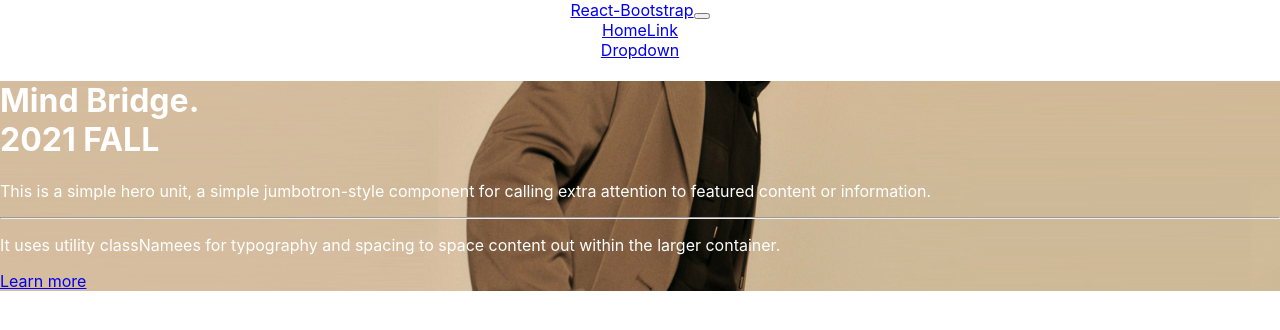
Repository: eunsuneun/react-shop
Page: /
An editor plug-in stored every save of this project. The page is shown before and after the next save, followed by the edit.
The browser window is 1280 px wide. The pictures show the whole page.
The project was rebuilt for these pictures with package versions that can differ from the ones it lists, and the page was loaded fresh each time.

Above is the page before, as saved 2021-08-25 20:22:02.

After the next save:
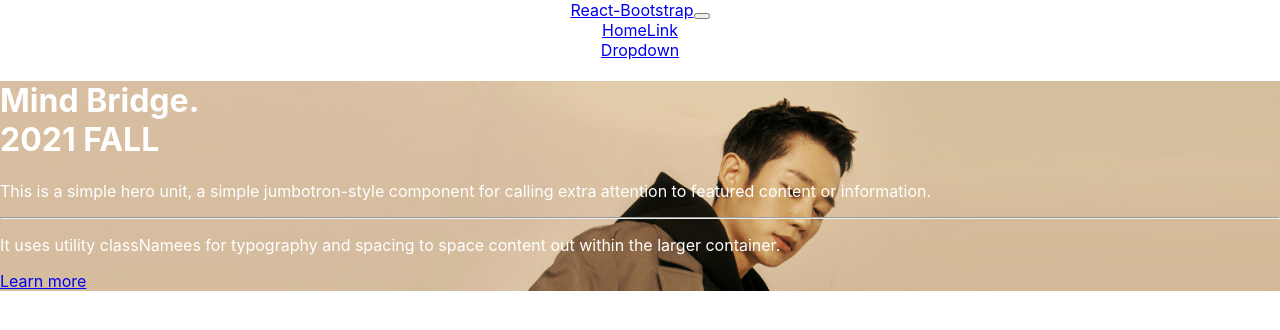
Saved 14 s later.
--- a/src/App.css
+++ b/src/App.css
@@ -38,7 +38,7 @@
 }
 
 .visual {
-  background: url(./img/visual.jpg) no-repeat center / cover;
+  background: url(./img/visual.jpg) no-repeat top / cover;
   text-align: left;
   color: #fff;
 }
